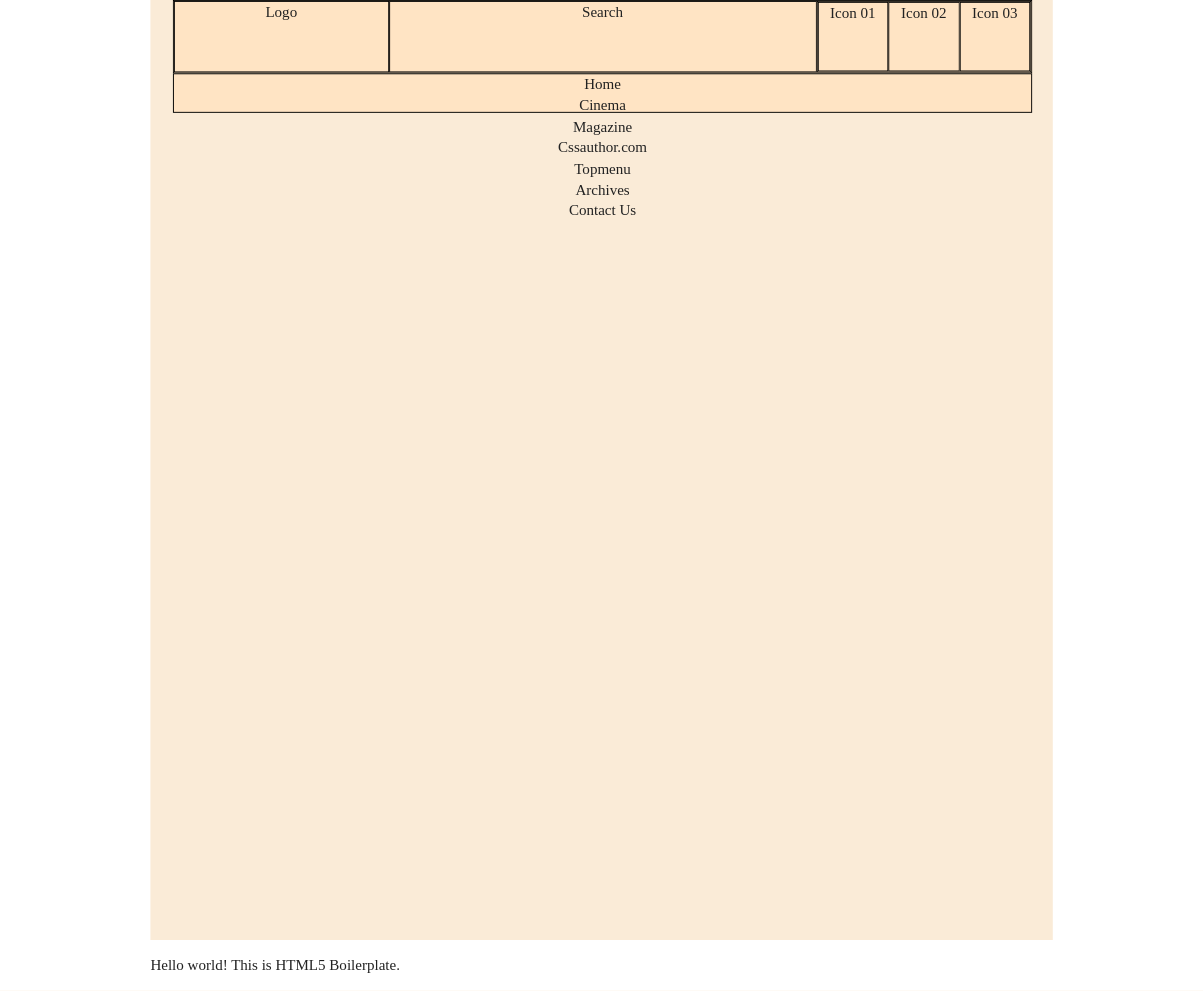
Repository: giovanabirck/cover-magazine-giovanabirck
Page: index.html
These files come from the project's save history. The page is drawn as it stood at one moment and after the next save; the edit follows.
The browser window is 1280 px wide. The pictures show the whole page, at 94% of full size.

Above is the page before, as saved 2023-01-13 17:14:50.

After the next save:
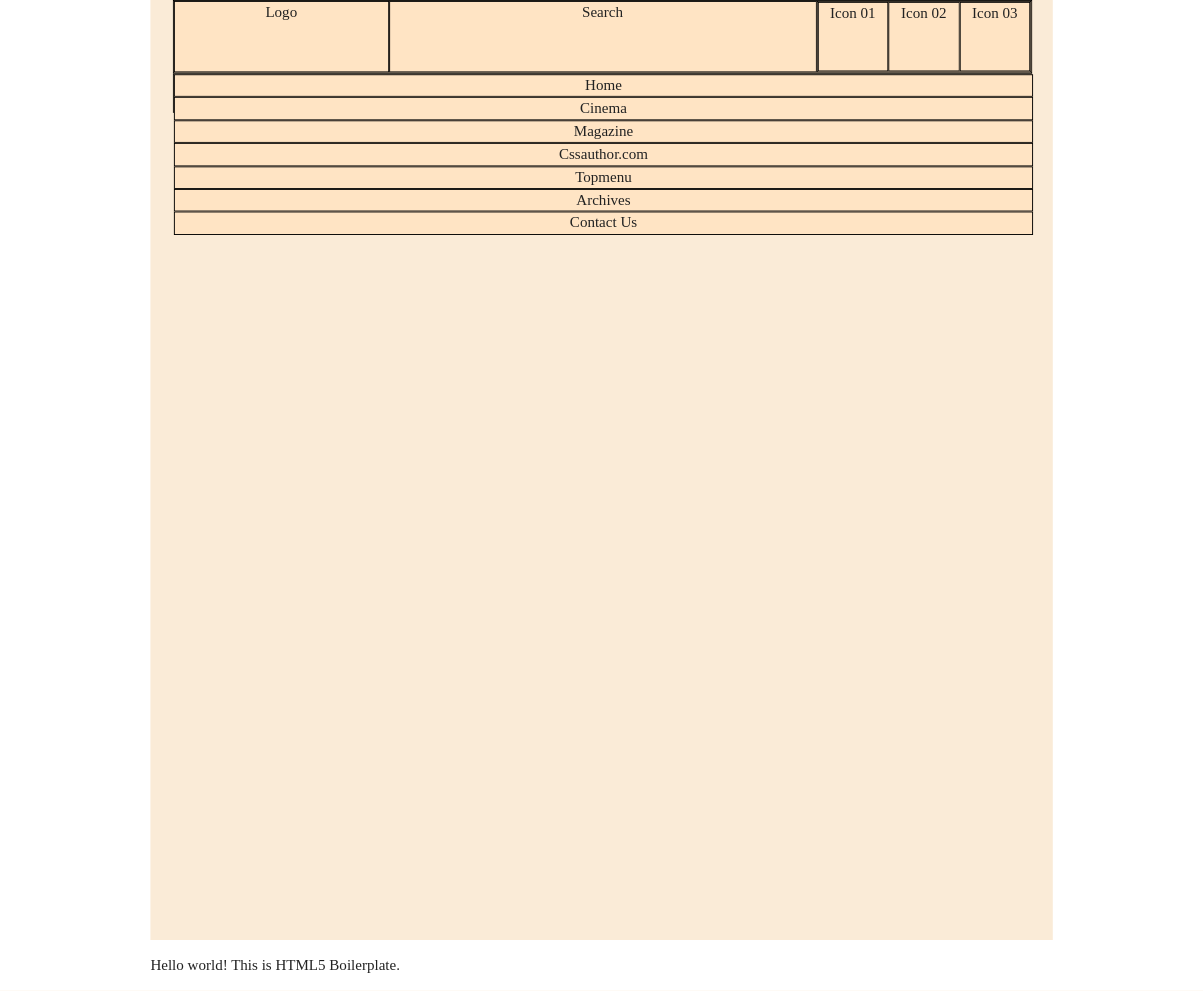
Saved 7 s later.
--- a/css/main.css
+++ b/css/main.css
@@ -324,9 +324,9 @@
   text-align: center;
 }
 
-.header-content-icons-un{
-  background-color: bisque;
-  border: solid 1px black;
-  width: 100%;
-  text-align: center;
-}
+.header-menu-un{
+  background-color: bisque;
+  border: solid 1px black;
+  width: 100%;
+  text-align: center;
+}
